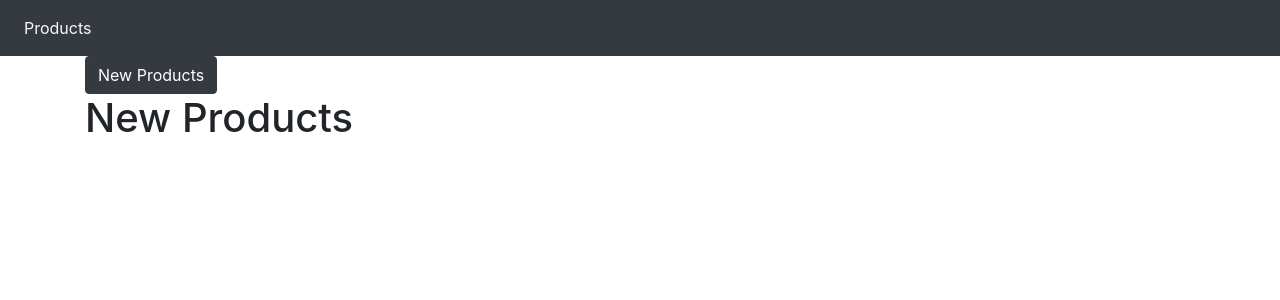
Repository: Aniksaha19/curd
Page: http://localhost/product/create
The author's editor kept a copy of each file at every save. The page is drawn from the files as they stood at one save, then again after the next save.
The browser window is 1280 px wide. The pictures show the whole page.
The page is served by the project's Laravel application, run on PHP 8.4 with Laravel 10. Other server files are loaded and not shown.

Above is the page before, as saved 2023-06-01 16:33:58.

### routes/web.php
<?php

use Illuminate\Support\Facades\Route;
use App\Http\Controllers\ProductController;

/*
|--------------------------------------------------------------------------
| Web Routes
|--------------------------------------------------------------------------
|
| Here is where you can register web routes for your application. These
| routes are loaded by the RouteServiceProvider and all of them will
| be assigned to the "web" middleware group. Make something great!
|
*/

Route::get('/', [ProductController::class, 'index'])->name('products.index');
Route::get('product/create', [ProductController::class, 'create'])->name('products.create');

### app/Http/Controllers/ProductController.php
<?php

namespace App\Http\Controllers;

use Illuminate\Http\Request;

class ProductController extends Controller
{
    public function index(){
        return view('products.index');
    }
    public function create(){
        return view('products.create');
    }
}

### resources/views/products/create.blade.php
<!DOCTYPE html>
<html lang="en">
<head>
    <meta charset="UTF-8">
    <meta http-equiv="X-UA-Compatible" content="IE=edge">
    <meta name="viewport" content="width=device-width, initial-scale=1.0">
    <title>Laravel CURD</title>

    <link rel="stylesheet" href="https://cdn.jsdelivr.net/npm/bootstrap@4.6.2/dist/css/bootstrap.min.css">
    <script src="https://cdn.jsdelivr.net/npm/jquery@3.6.4/dist/jquery.slim.min.js"></script>
    <script src="https://cdn.jsdelivr.net/npm/popper.js@1.16.1/dist/umd/popper.min.js"></script>
    <script src="https://cdn.jsdelivr.net/npm/bootstrap@4.6.2/dist/js/bootstrap.bundle.min.js"></script>
</head>
<body>

        <nav class="navbar navbar-expand-sm bg-dark">
            <ul class="navbar-nav">
                <li class="nav-item">
                    <a class="nav-link text-light" href="/">Products</a>
                </li>
            </ul>
        </nav>
        <div class="container">
            <div>
                <a href="product/create" class="btn btn-dark">New Products</a>
            </div>
            <h1> New Products</h1>
        </div>
</body>
</html>

Loaded but not shown: app/Http/Controllers/Controller.php (common file)

After the next save:
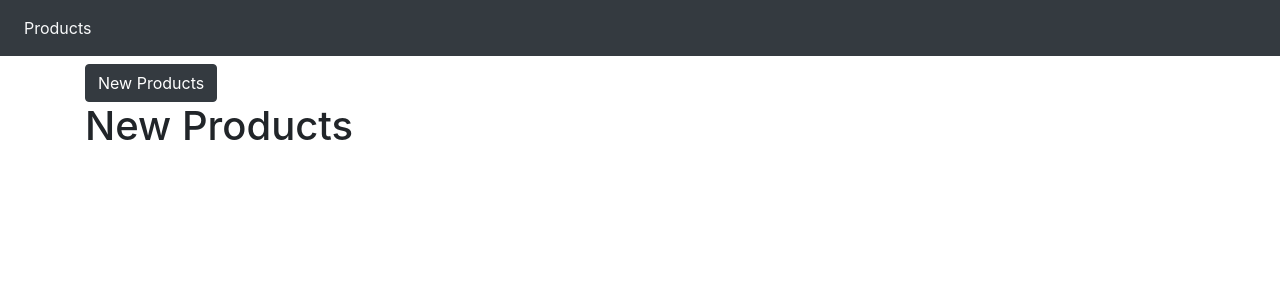
Saved 7 s later.
--- a/resources/views/products/create.blade.php
+++ b/resources/views/products/create.blade.php
@@ -22,7 +22,7 @@
         </nav>
         <div class="container">
             <div>
-                <a href="product/create" class="btn btn-dark">New Products</a>
+                <a href="product/create" class="btn btn-dark mt-2">New Products</a>
             </div>
             <h1> New Products</h1>
         </div>
